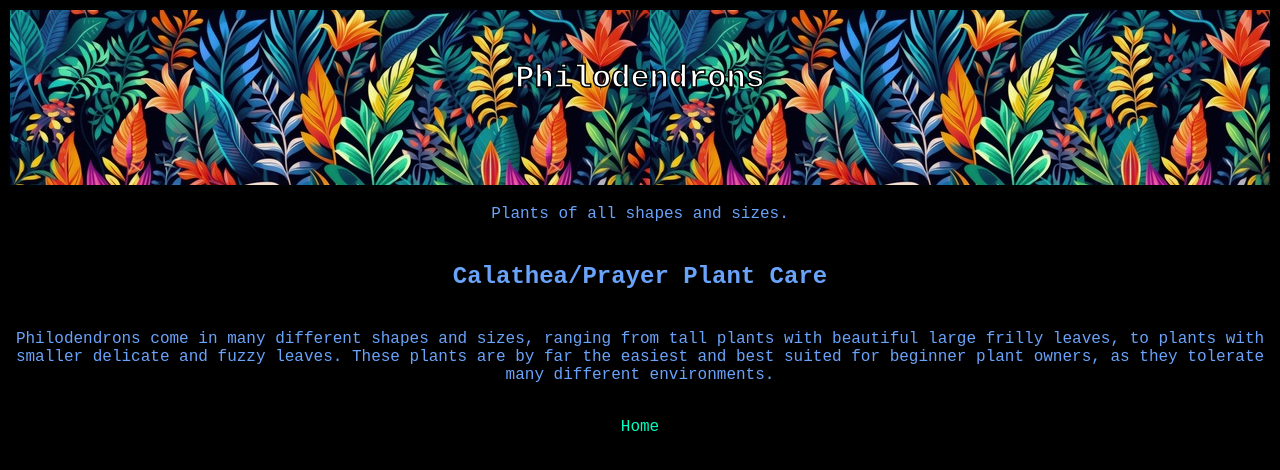
Repository: swillis91/odin-recipies
Page: Planty Page/philodendrons.html
An editor plug-in stored every save of this project. The page is shown before and after the next save, followed by the edit.
The browser window is 1280 px wide. The pictures show the whole page.

Above is the page before, as saved 2023-08-14 23:06:24.

### Planty Page/philodendrons.html
<!DOCTYPE html>
    <html>
        <head>
            <title>Calatheas</title>
            <link href="style.css" rel="stylesheet"
        </head>
        <body>
            <div class="Header">
            <h1 class="heading">Philodendrons</h1>
            </div>
            <div class="box">
              <p>Plants of all shapes and sizes.</p>
            </div>
            <div class="box">
            <h2 class="species">Calathea/Prayer Plant Care</h2>
            </div>
            <div class="box">
                <p class="care">Philodendrons come in many different shapes and sizes, ranging from tall plants with beautiful large frilly leaves, to plants with smaller delicate and fuzzy leaves. These plants are by far the easiest and best suited for beginner plant owners, as they tolerate many different environments.
                <br>
            </p>
            </div>
              </p>
                <!--img src="./Images/makoyana.webp" id="calathea makoyana" width="700px"-->
            <footer>
                <nav>
                    <a href="./index.html" class="navigation">Home</a>

                </nav>
            </footer>
        </body>
    </html>

### Planty Page/style.css
body{
    background-color: rgb(0, 0, 0);
    color:rgb(106, 163, 250);
    text-align: center;
    font-family: 'Permanent Marker', cursive;
    font-family: 'Space Mono', monospace;
}

.heading{
    color: rgb(0, 0, 0);
    -webkit-text-fill-color: rgb(255, 255, 255);
    -webkit-text-stroke-width: 1.5px;
    -webkit-text-stroke-color: rgb(0, 0, 0);
    text-transform: capitalize;
    border: 2px solid rgb(0, 3, 3);
    background-image: url('Images/banner.jpg');
    height: 75px;
    margin: 0 auto;
    padding:50px 20px;

}

div.box{
    border:2px solid black;
    display: flex;
    margin-left: auto;
    flex-direction:column;
}

#calathea-makoyana{
    width: 500px;
    Height: auto:
}

.navigation{
    color:rgb(1, 255, 192);
    text-decoration: none;
}

After the next save:
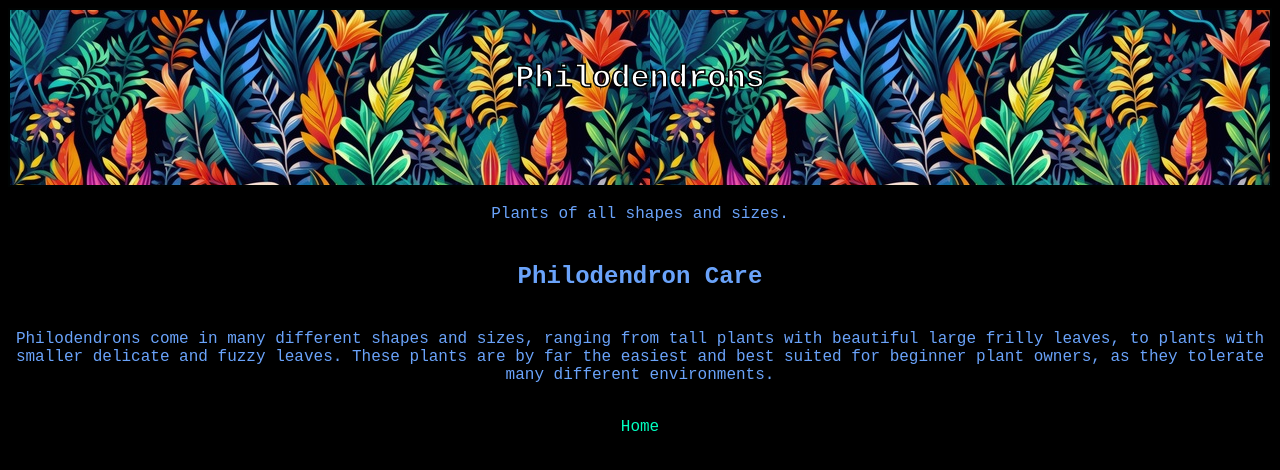
Saved 13 s later.
--- a/Planty Page/philodendrons.html
+++ b/Planty Page/philodendrons.html
@@ -12,7 +12,7 @@
               <p>Plants of all shapes and sizes.</p>
             </div>
             <div class="box">
-            <h2 class="species">Calathea/Prayer Plant Care</h2>
+            <h2 class="species">Philodendron Care</h2>
             </div>
             <div class="box">
                 <p class="care">Philodendrons come in many different shapes and sizes, ranging from tall plants with beautiful large frilly leaves, to plants with smaller delicate and fuzzy leaves. These plants are by far the easiest and best suited for beginner plant owners, as they tolerate many different environments.
